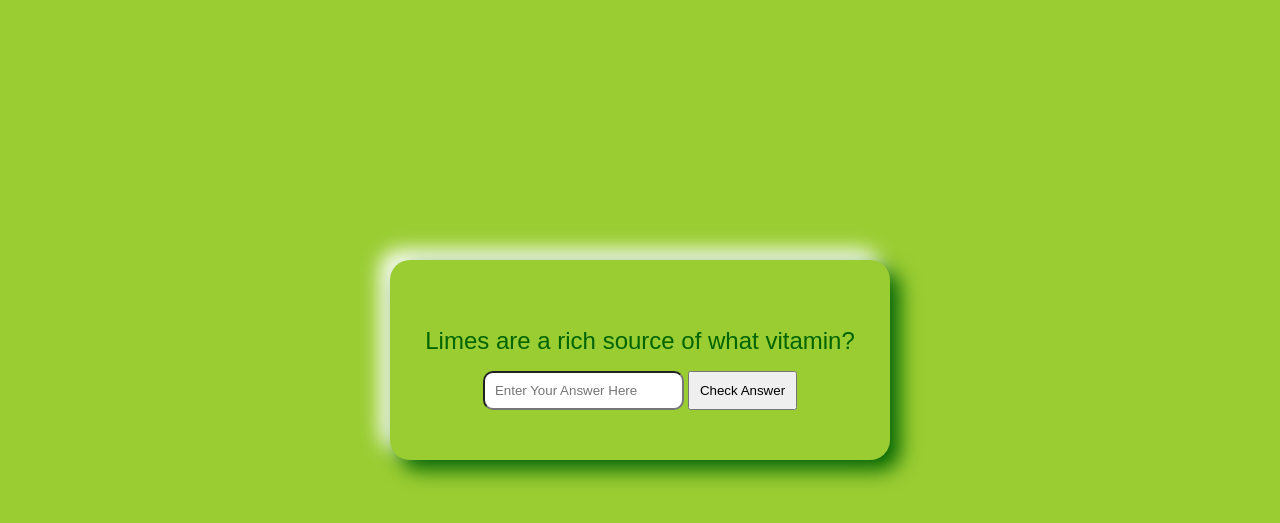
Repository: Joseph061200/Dynamic_Lab2
Page: joseph.html
The author's editor kept a copy of each file at every save. The page is drawn from the files as they stood at one save, then again after the next save.
The browser window is 1280 px wide. The pictures show the whole page.

Above is the page before, as saved 2020-02-20 14:37:23.

After the next save:
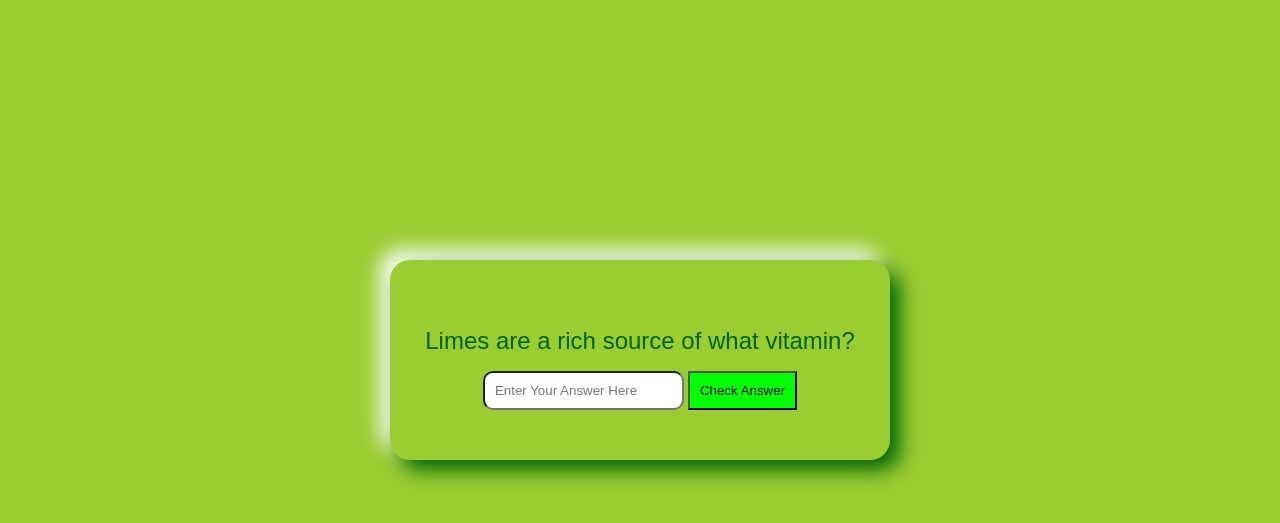
Saved 23 s later.
--- a/joseph.css
+++ b/joseph.css
@@ -34,4 +34,5 @@ input{
 }
 button{
     padding: 10px;
+    background-color: lime;
 }
